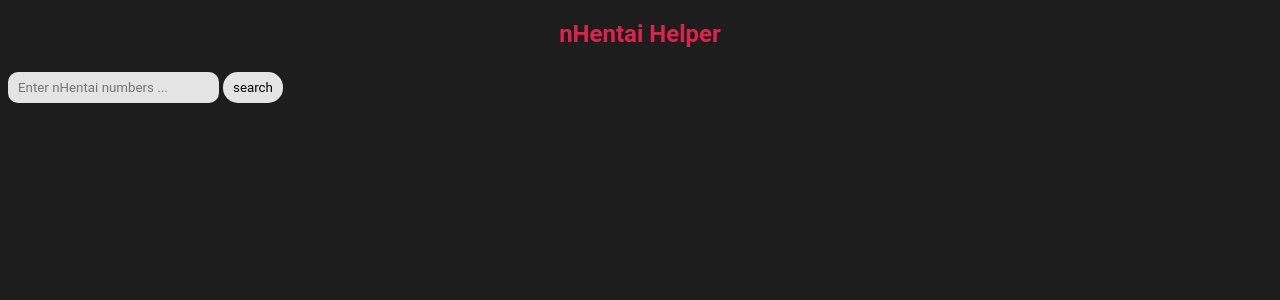
Repository: Lizadking/nHentai_Helper
Page: Mainpop.html
These files come from the project's save history. The page is drawn as it stood at one moment and after the next save; the edit follows.
The browser window is 1280 px wide. The pictures show the whole page.

Above is the page before, as saved 2021-08-06 23:14:58.

After the next save:
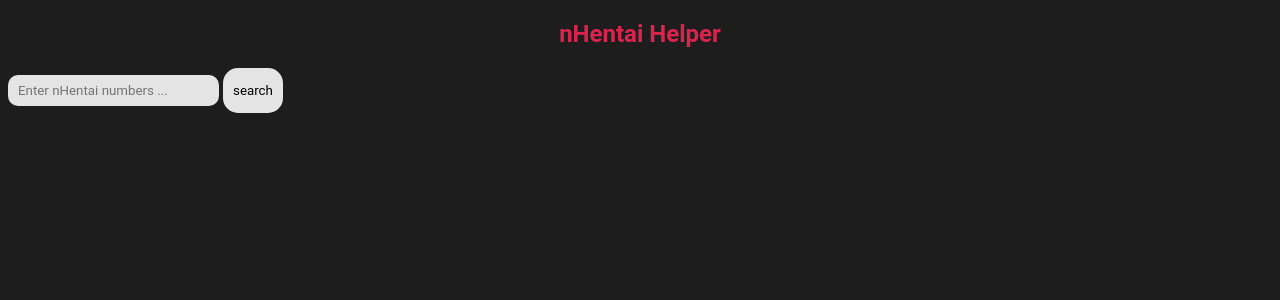
Saved 8 s later.
--- a/mainStylesheet.css
+++ b/mainStylesheet.css
@@ -28,7 +28,7 @@
 }
 input[type=button],input[type=submit]
 {
-    padding: 8px 10px;
+    padding: 15px 10px;
     border-radius:15px;
     border: 0;
     background-color: rgb(228, 228, 228);
